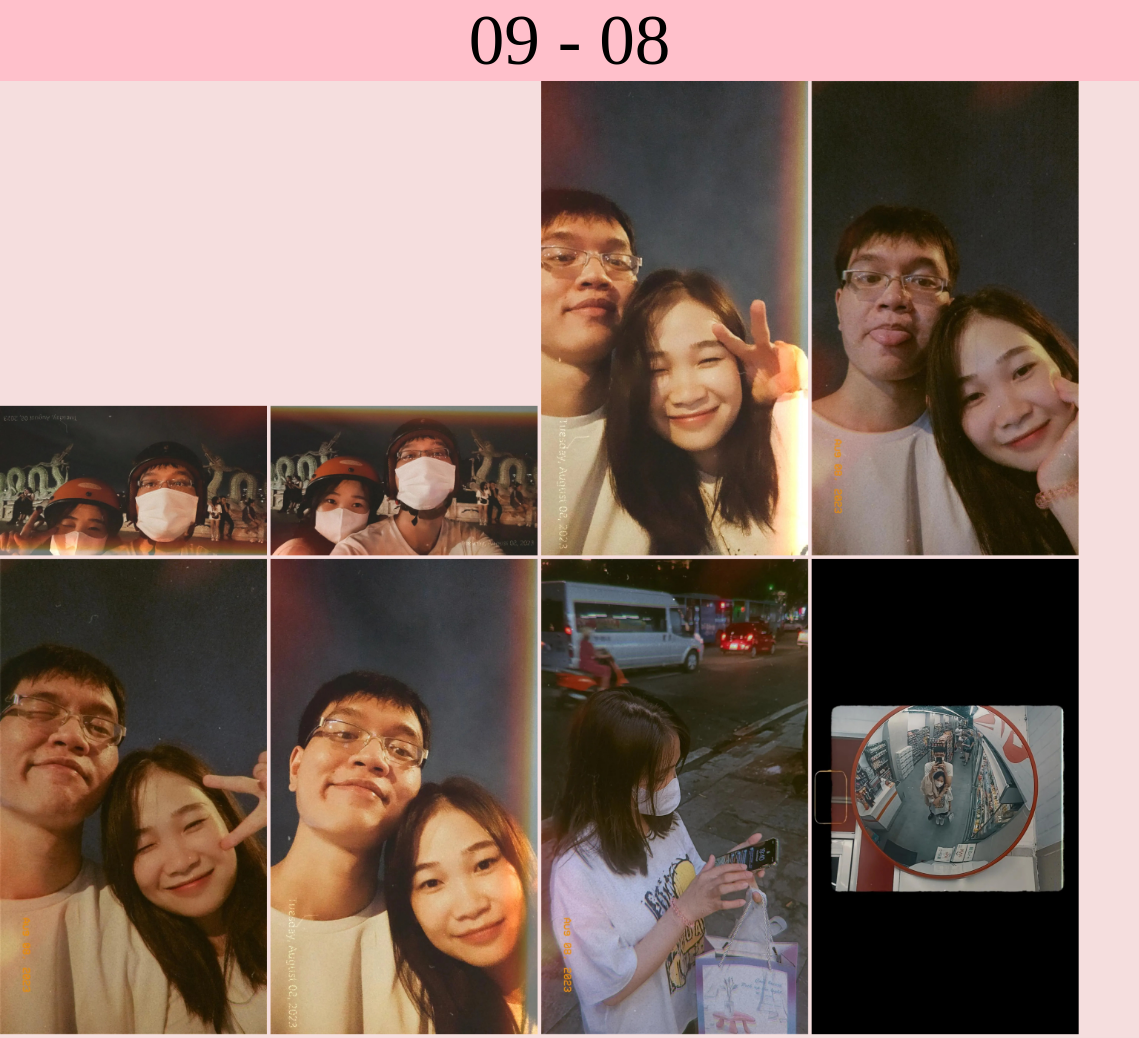
Repository: Hanhanh06/0907
Page: code/0908.html
An editor plug-in stored every save of this project. The page is shown before and after the next save, followed by the edit.
The browser window is 1280 px wide. The pictures show the whole page, at 89% of full size.

Above is the page before, as saved 2023-08-11 16:27:30.

### code/0908.html
<!DOCTYPE html>
<html lang="en">
<head>
    <meta charset="UTF-8">
    <meta name="viewport" content="width=device-width, initial-scale=1.0">
    <title>Document</title>
    <style>

    body{

      height: 100%;

   padding: 0;

   margin: 0;


   background: #f5dede;

 }

    </style>
</head>

        <head>

        </head>
        <body>

        <center> <div style="background-color: pink; font-size: 80px; "> 09 - 08 </div></center>
       <img src="001.jpg" alt="Hình ảnh không tồn tại" width="300px" >
       <!-- <p style="color: crimson;font-size: 16px;"> đi Hồ Tây nè! </p> -->
       <img src="002.jpg" alt="Hình ảnh không tồn tại" width="300px">
       <!-- <p style="color: crimson;font-size: 16px;"> đi Hồ Tây nè!</p> -->
       <img src="003.jpg" alt="Hình ảnh không tồn tại" width="300px">
       <!-- <p style="color: crimson;font-size: 16px;">  đi Hồ Tây nè!</p> -->
       <img src="004.jpg" alt="Hình ảnh không tồn tại" width="300px">
       <!-- <p style="color: crimson;font-size: 16px;">  đi Hồ Tây nè! </p> -->
       <img src="005.jpg" alt="Hình ảnh không tồn tại" width="300px">
       <!-- <p style="color: crimson;font-size: 16px;">  đi Hồ Tây nè! </p> -->
       <img src="006.jpg" alt="Hình ảnh không tồn tại" width="300px" >
       <!-- <p style="color: crimson;font-size: 16px;">  đi Hồ Tây nè!</p> -->
       <img src="007.jpg" alt="Hình ảnh không tồn tại" width="300px">
       <!-- <p style="color: crimson;font-size: 16px;">  đi Hồ Tây nè!</p> -->
       <img src="008.jpg" alt="Hình ảnh không tồn tại" width="300px">
       <!-- <p style="color: crimson;font-size: 16px;">  đi Hồ Tây nè!</p> -->


</body>
</html>

After the next save:
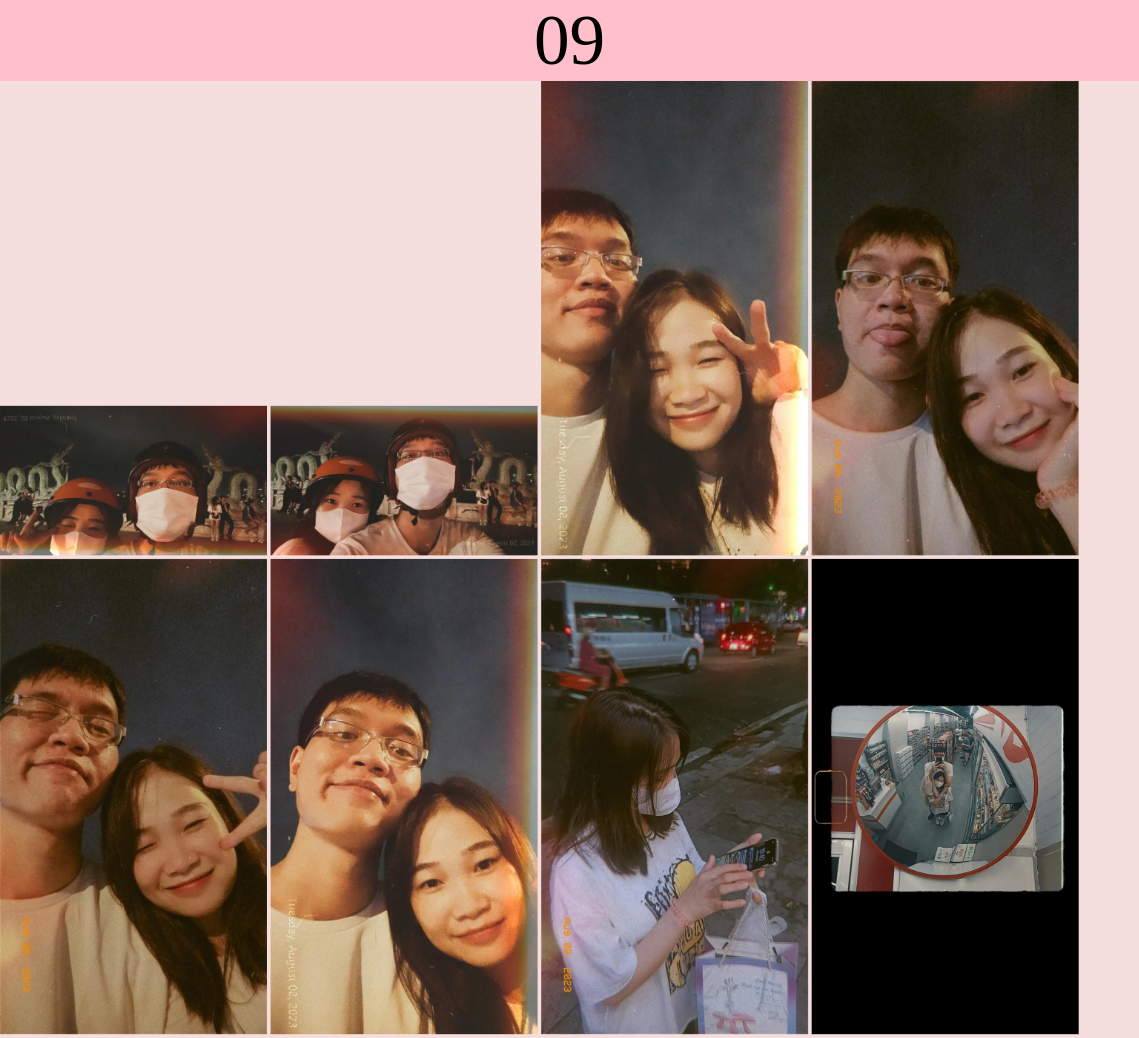
Saved 53 min 43 s later.
--- a/code/0908.html
+++ b/code/0908.html
@@ -27,7 +27,7 @@
         </head>
         <body>
 
-        <center> <div style="background-color: pink; font-size: 80px; "> 09 - 08 </div></center>
+        <center> <div style="background-color: pink; font-size: 80px; "> 09</div></center>
        <img src="001.jpg" alt="Hình ảnh không tồn tại" width="300px" >
        <!-- <p style="color: crimson;font-size: 16px;"> đi Hồ Tây nè! </p> -->
        <img src="002.jpg" alt="Hình ảnh không tồn tại" width="300px">
